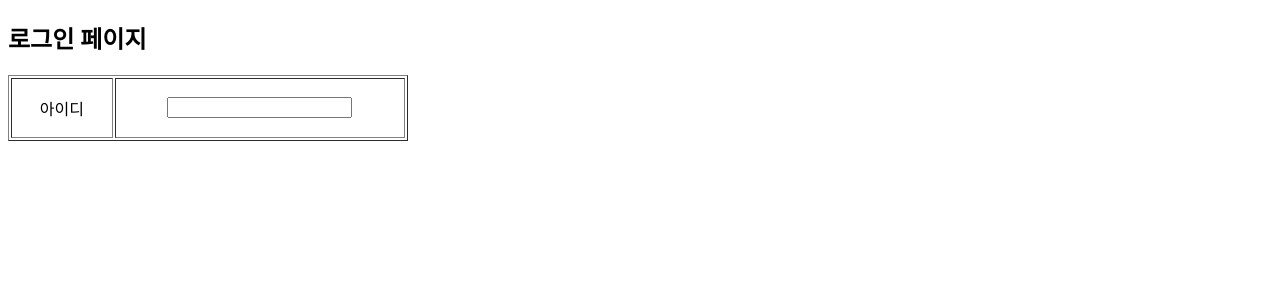
Repository: lhk21go-commits/Jsp2026
Page: http://localhost/chapter01/Request/RequestLogin.jsp
The author's editor kept a copy of each file at every save. The page is drawn from the files as they stood at one save, then again after the next save.
The browser window is 1280 px wide. The pictures show the whole page.
The page is served by Tomcat 9.

Above is the page before, as saved 2026-10-19 05:48:55.

### chapter01/src/main/webapp/Request/RequestLogin.jsp
<%@ page language="java" contentType="text/html; charset=UTF-8"
    pageEncoding="UTF-8" import="java.util.*"%>
<!DOCTYPE html>
<html>
<head>
<meta charset="UTF-8">
<title>Request 로그인</title>
</head>
<body>
	<div class="container">
		<h2> 로그인 페이지</h2>
		<form action="RequestLoginProc.jsp" method="post">
			<table width="400" border="1">
				<tr height="60">
					<td align="center" width="150">아이디</td>
					<td align="center" width="350">
						<input type="text" name="id">
					</td>
				</tr>


			</table>

		</form>




	</div>

</body>
</html>

After the next save:
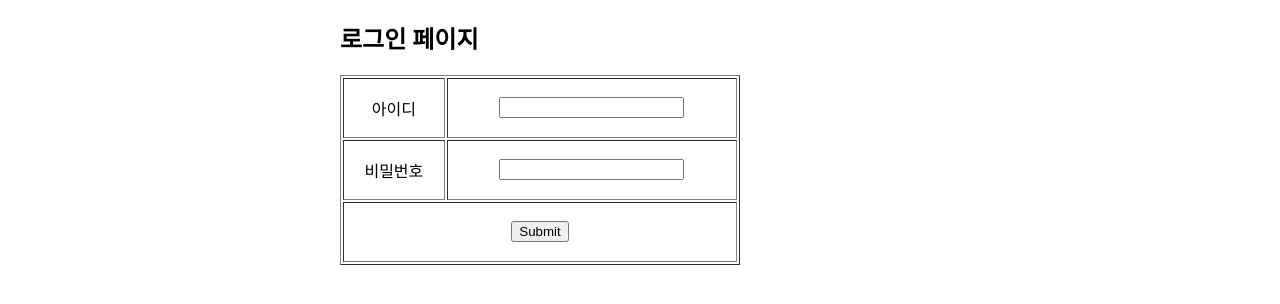
Saved 6 min 22 s later.
--- a/chapter01/src/main/webapp/Request/RequestLogin.jsp
+++ b/chapter01/src/main/webapp/Request/RequestLogin.jsp
@@ -5,16 +5,39 @@
 <head>
 <meta charset="UTF-8">
 <title>Request 로그인</title>
+	<style>
+	.container{
+		width : 600px;
+		margin : 20px auto;
+	}
+	</style>
 </head>
 <body>
 	<div class="container">
 		<h2> 로그인 페이지</h2>
-		<form action="RequestLoginProc.jsp" method="post">
+		<!-- form안의 action 역할 : 이 페이지에서 작성한 정보를 action에서
+									지정한 파일로 떠넘겨주는 기술 공간
+			form안의 method는 전송방식을 의미 : get, post
+			get 방식 : 웹 페이지에서 입력받은 정보를 URL에 같이 출력
+			method 방식 : 웹 페이지에서 입력받은 정보를 URL에 숨겨서 출력됨
+		 -->
+		<form action="RequestLoginProc.jsp" method="get">
 			<table width="400" border="1">
 				<tr height="60">
 					<td align="center" width="150">아이디</td>
 					<td align="center" width="350">
 						<input type="text" name="id">
+					</td>
+				</tr>
+				<tr height="60">
+					<td align="center" width="150">비밀번호</td>
+					<td align="center" width="350">
+						<input type="password" name="pass">
+					</td>
+				</tr>
+				<tr height="60">
+					<td colspan="2" align="center" width="150">
+						<input type="submit" name="전송">
 					</td>
 				</tr>
 
